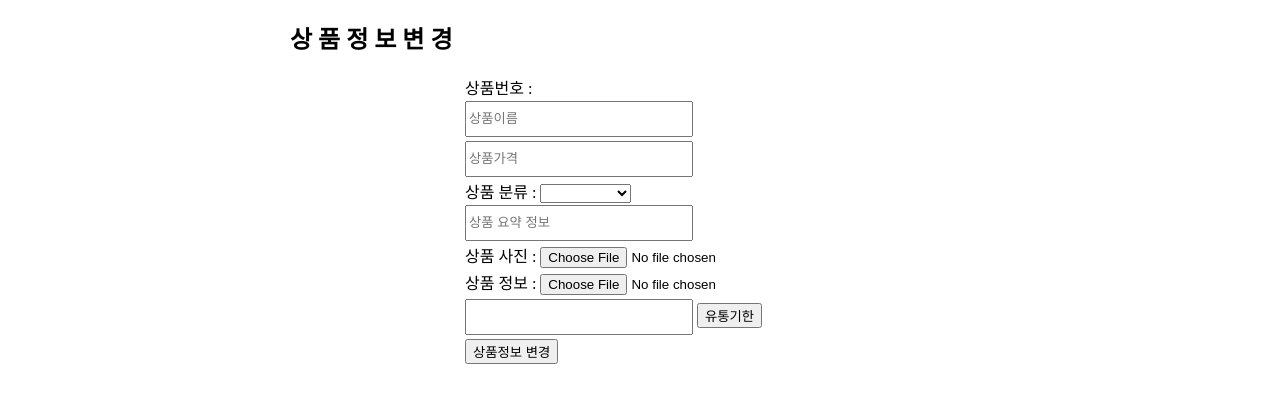
Repository: fellownew/project_workspace
Page: http://localhost/shoppingmall/WEB-INF/view/body/product/product_modify_form.jsp
An editor plug-in stored every save of this project. The page is shown before and after the next save, followed by the edit.
The browser window is 1280 px wide. The pictures show the whole page.
The page is served by Tomcat 9. Nobody is signed in. Other server files are loaded and not shown. The template is opened directly, without the code that normally fills it, so the values that code supplies are empty.

Above is the page before, as saved 2015-06-15 01:23:40.

### shoppingmall/WebContent/WEB-INF/view/body/product/product_modify_form.jsp
<%@ page contentType="text/html;charset=UTF-8"%>
<!DOCTYPE html>
<script type="text/javascript" src="${initParam.rootPath }/script/jquery.js"></script>
<script type="text/javascript" src="${initParam.rootPath }/script/date_picker.js"></script>
<script type="text/javascript">
var flag = true;
	$(document).ready(function(){
		$("#modifyBtn").on("click",function(){
			if($("#productId").val()==''  ||
					$("#productPrice").val()==''  ||
					$("#productInfo").val()==''  ||
					$("#expDate").val()=='' ){
					alert("입력정보를 확인하세요");
					return false;
				}
			if(!flag){
				alert("이미지 파일을 확인해주세요");
				return false;
			}
		});

		$("#upfile").on("change",function(){
			var path = $(this).val() ;
			var leng = path.length;
			var txt = path.substr(leng-3,3).toLowerCase() ;
			flag = true;
			if(txt != "jpg" && txt != "peg" && txt != "png" && txt != "gif" && txt != "bmp"){
				alert("jpg, jpeg, png, gif 파일만 등록 가능합니다.");
				flag = false;
			}
		});

		$("#infoUpfile").on("change",function(){
			var path = $(this).val();
			var leng = path.length;
			var txt = path.substr(leng-3,3).toLoserCase();
			flag = true;
			if((txt != "jpg") && (txt != "peg") && (txt != "png") && (txt != "gif") && (txt != "bmp")){
				alert("jpg, jpeg, png, gif 파일만 등록 가능합니다.");
				flag = false;
			}
		});

		$("#default").text(($("#"+$("#default").attr("value")).text()));

	});

</script>
<style>
#modify_form{
	width:350px;
	margin:0 auto;
	text-align: left;
}

#modify_form input{
	margin-top: 2px;
	margin-bottom: 2px;
}

#modify_form input[type="text"], #modify_form input[type="number"]{
	width: 220px;
	height: 30px;
}

</style>

<div style="width: 700px;margin:0 auto">
<h2> 상 품 정 보 변 경 </h2>
	<div id="modify_form">
	상품번호 : ${requestScope.product.productId }
	<form action="${initParam.rootPath}/auth/modifyProduct.do" method="POST" enctype="multipart/form-data">
		<input type="text" id="productName" name="productName" placeholder="상품이름" value="${requestScope.product.productName }" required="required" /><br>
		<input type="number" id="productPrice" name="productPrice" placeholder="상품가격" value="${requestScope.product.productPrice }" required="required"/><br>
		상품 분류 :
		<select name="category" id="category">
			<option id="default" value="${requestScope.product.category }" selected="selected" disabled="disabled"></option>
			<option id="food" value="food">농/수/축산물</option>
			<option id ="fruit" value="fruit">과일/채소</option>
			<option id ="health" value="health">건강식품</option>
			<option id ="snack" value="snack">간식</option>
		</select><br>
		<input type="text" id="productInfo" name="productInfo" placeholder="상품 요약 정보" required="required" value="${requestScope.product.productInfo }"><br>
		상품 사진 : <input type="file" id="upfile" name="upfile"/><br>
		상품 정보 : <input type="file" id="infoUpfile" name="infoUpfile"/><br>
		<input type="text" id="expDate" name="expDate" required="required" value="${requestScope.product.expDate }">
		<input type="button" value="유통기한" onClick="datePicker(event,'expDate')"><br>
		<input type="hidden" name="productId" value="${requestScope.product.productId }"/>
		<input type="hidden" name="SellerId" value="${sessionScope.loginInfo.sellerId }"/>
		<input type="submit" id="modifyBtn" value="상품정보 변경">
	</form>
	</div>
</div>

### shoppingmall/WebContent/script/date_picker.js
// Calendar Script
// Licence : GPL (http://www.gnu.org/licenses/licenses.html#GPL)
// Update & Download  : http://www.ziwoo.net/zb/view.php?boardid=zb_ziwoo_javascript&uid=129
// This page was last modified on 2011.12.15 (Since 2010.04.11)

//ex1 : datePicker(event, 'targetFieldName');
//ex2 : datePicker(event, 'targetFieldName', 2);
//세번째 인자는 날짜를 입력할 타겟의 필드명이 복수인 경우를 위한 배열키.(기본값:0)

function datePicker(e, elm) {
	currentElement = (arguments[2])?document.getElementsByName(elm)[arguments[2]]:document.getElementsByName(elm)[0];
	var event = e || window.event;

	if(document.getElementById('currentDiv')) {
		document.getElementById("currentDiv").parentNode.removeChild(document.getElementById("currentDiv"));
	}

	if(arguments[0]){
		var eventX = event.clientX;
		var eventY = event.clientY;
		if(eventX>document.body.offsetWidth-182-40) eventX = document.body.offsetWidth-182-40;
		if(eventY>document.body.offsetHeight-158-40) eventY = document.body.offsetHeight-158-40;
		var calDivObj = document.createElement("div");
		calDivObj.setAttribute("id","currentDiv");
		calDivObj.style.width = '182px';
		calDivObj.style.height = '158px';
		calDivObj.style.border = "1px solid #D0D0D0";
		calDivObj.style.position = "absolute";
		calDivObj.style.top = eventY+document.body.scrollTop+10+'px';
		calDivObj.style.left = eventX+10+'px';
		calDivObj.style.zIndex = 100000;
		document.body.appendChild(calDivObj);
		fBuildHtml();
	}
}

function fBuildHtml() {
	var currentDate = new Date();
	var igYear = currentDate.getFullYear();
	var igMonth = currentDate.getMonth() + 1;
	var gMonths = new Array("1","2","3","4","5","6","7","8","9","10","11","12");
	var calHtml = "<table border='0' bgcolor='#C0C0C0'>";
	calHtml += "<tr style='font-size:9pt'>";
	calHtml += "<td valign='middle' align='center'>";
	calHtml += "<input type='button' name='PrevMonth' value='<' style='height:20px; width:20px; font:9pt Fixedsys;' onClick='fPrevMonth()'>";
	calHtml += " <select name='tbSelYear' style='font-size:9pt' onChange='fUpdateCal(tbSelYear.value, tbSelMonth.value)'>";
	for(i=1970;i<2030;i++) calHtml += "<OPTION value='"+i+"'>"+i+"</OPTION>";
	calHtml += "</select>";
	calHtml += " <select name='tbSelMonth' style='font-size:9pt' onChange='fUpdateCal(tbSelYear.value, tbSelMonth.value)'>";
	for (i=0; i<12; i++) calHtml += "<option value='"+(i+1)+"'>"+gMonths[i]+"</option>";
	calHtml += "</select>";
	calHtml += " <input type='button' name='PrevMonth' value='>' style='height:20px; width:20px; font:9pt Fixedsys;' onclick='fNextMonth()'>";
	calHtml += "</td>";
	calHtml += "</tr><tr>";
	calHtml += "<td align='center'>";
	calHtml += "<DIV><table width='100%' border='0' cellspacing='1' cellpadding='2'>";
	calHtml += fDrawCal(igYear,igMonth);
	calHtml += "</table></DIV>";
	calHtml += "</td>";
	calHtml += "</tr>";
	calHtml += "</td></tr>";
	calHtml += "</table>";

	document.getElementById('currentDiv').innerHTML = calHtml;
	fSetYearMon(igYear,igMonth);
}

function fDrawCal(iYear, iMonth) {
	var WeekDay = new Array("Sun","Mon","Tue","Wed","Thu","Fri","Sat");
	var calHtml = "<tr>";
	for(i=0; i<7; i++) calHtml += "<td bgcolor='White' width='20' valign='middle' align='center' style='font:bold 10px Tahoma; color:#C0C0C0;'>" + WeekDay[i] + "</td>";
	calHtml += "</tr>";
	var i = 0;
	for (w = 1; w < 7; w++) {
		calHtml += "<tr>";
		for (d = 0; d < 7; d++) {
			if(w==6 && d==6){
				calHtml += "<td bgcolor='#C0C0C0' width='20' valign='middle' align='center' style='padding:1px 0 0 3px; cursor:pointer;' onClick='datePicker()'>";
				calHtml += "<font color='White' face='Tahoma'>X</font>";
				calHtml += "</td>";
			}else{
				calHtml += "<td bgcolor='White' width='20' valign='middle' align='center' style='font:bold 10px Tahoma; cursor:pointer;' onMouseOver=\"this.bgColor='Pink'\" onMouseOut=\"this.bgColor='White'\" onClick='fSetSelected(this)'>";
				calHtml += "<font id='cellText_"+i+"'></font>";
				calHtml += "</td>";
			}
			i++;
		}
		calHtml += "</tr>";
	}
	return calHtml;
}

function fSetYearMon(iYear, iMon){
	var tbSelYear = document.getElementsByName('tbSelYear')[0];
	var tbSelMonth = document.getElementsByName('tbSelMonth')[0];
	tbSelMonth.options[iMon-1].selected = true;
	for (i = 0; i < tbSelYear.length; i++) if (tbSelYear.options[i].value == iYear) tbSelYear.options[i].selected = true;
	fUpdateCal(iYear, iMon);
}

function fPrevMonth(){
	var iMon = document.getElementsByName('tbSelMonth')[0].value;
	var iYear = document.getElementsByName('tbSelYear')[0].value;
	if (--iMon<1) {
		iMon = 12;
		iYear--;
	}
	fSetYearMon(iYear, iMon);
}

function fNextMonth(){
	var iMon = document.getElementsByName('tbSelMonth')[0].value;
	var iYear = document.getElementsByName('tbSelYear')[0].value;
	if (++iMon>12) {
		iMon = 1;
		iYear++;
	}
	fSetYearMon(iYear, iMon);
}

function fUpdateCal(iYear, iMonth) {
	myMonth = fBuildCal(iYear, iMonth);
	var currentDate = new Date();
	var igYear = currentDate.getFullYear();
	var igMonth = currentDate.getMonth() + 1;
	var igDate = currentDate.getDate();
	var i = 0;
	for (w = 0; w < 6; w++) for (d = 0; d < 7; d++) if(w!=5 || d!=6) {
		with (document.getElementById('cellText_'+parseInt((7*w)+d))) {
			if (myMonth[w+1][d]<0) {
				color = "#808080";
				innerHTML = -myMonth[w+1][d];
			}else{
				if(d==0) color = "red";
				else if(d==6) color = "blue";
				else color = "black";
				innerHTML = myMonth[w+1][d];
				if(iYear==igYear && iMonth==igMonth && innerHTML==igDate){
					parentNode.style.backgroundColor='#D8FF00';
				}else{
					parentNode.style.backgroundColor='';
				}
			}
		}
	}
}

function fBuildCal(iYear, iMonth) {
	var aMonth=new Array();
	for(i=1;i<7;i++) aMonth[i]=new Array(i);
	var dCalDate=new Date(iYear, iMonth-1, 1);
	var iDayOfFirst=dCalDate.getDay();
	var iDaysInMonth=new Date(iYear, iMonth, 0).getDate();
	var iOffsetLast=new Date(iYear, iMonth-1, 0).getDate()-iDayOfFirst+1;
	var iDate = 1;
	var iNext = 1;
	for (d = 0; d < 7; d++) aMonth[1][d] = (d<iDayOfFirst)?-(iOffsetLast+d):iDate++;
	for (w = 2; w < 7; w++) for (d = 0; d < 7; d++) if(w!=6 || d!=6) aMonth[w][d] = (iDate<=iDaysInMonth)?iDate++:-(iNext++);
	return aMonth;
}

function fSetSelected(aCell){
	var tbSelYear = document.getElementsByName('tbSelYear')[0];
	var tbSelMonth = document.getElementsByName('tbSelMonth')[0];
	var iOffset = 0;
	var iYear = parseInt(tbSelYear.value);
	var iMonth = parseInt(tbSelMonth.value);
	with (aCell.firstChild){
		var iDay = parseInt(innerHTML);
		if(aCell.parentNode.rowIndex<2 && iDay>15) iMonth--;
		if(aCell.parentNode.rowIndex>4 && iDay<15) iMonth++;
		if (iMonth<1) {
			iYear--;
			iMonth = 12;
		}else if (iMonth>12){
			iYear++;
			iMonth = 1;
		}
	}
	currentElement.value = iYear+"-"+(parseInt(iMonth+100).toString().substring(1,3))+"-"+(parseInt(iDay+100)).toString().substring(1,3);
	document.getElementById("currentDiv").parentNode.removeChild(document.getElementById("currentDiv"));
}

Loaded but not shown: shoppingmall/WebContent/script/jquery.js (library)

After the next save:
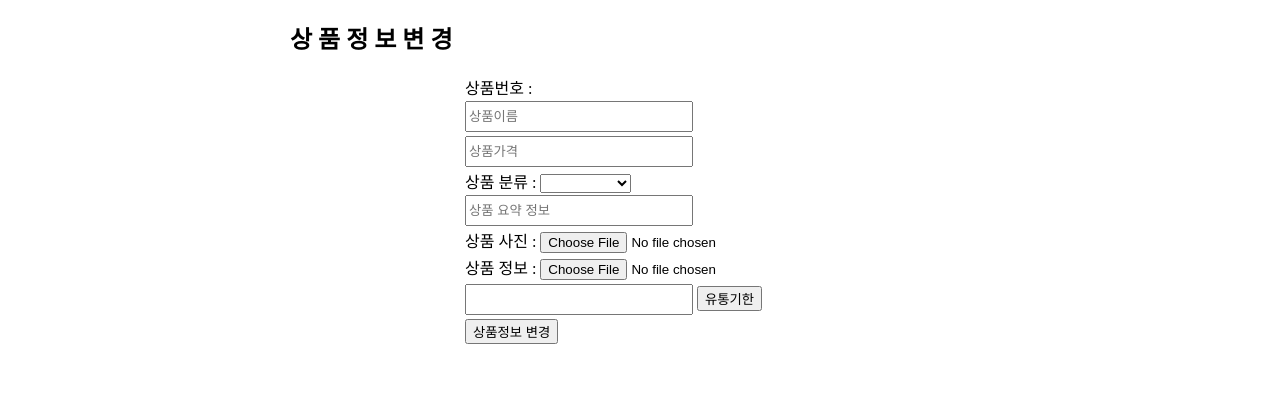
Saved 18 s later.
--- a/shoppingmall/WebContent/WEB-INF/view/body/product/product_modify_form.jsp
+++ b/shoppingmall/WebContent/WEB-INF/view/body/product/product_modify_form.jsp
@@ -60,7 +60,7 @@ var flag = true;
 
 #modify_form input[type="text"], #modify_form input[type="number"]{
 	width: 220px;
-	height: 30px;
+	height: 25px;
 }
 
 </style>
